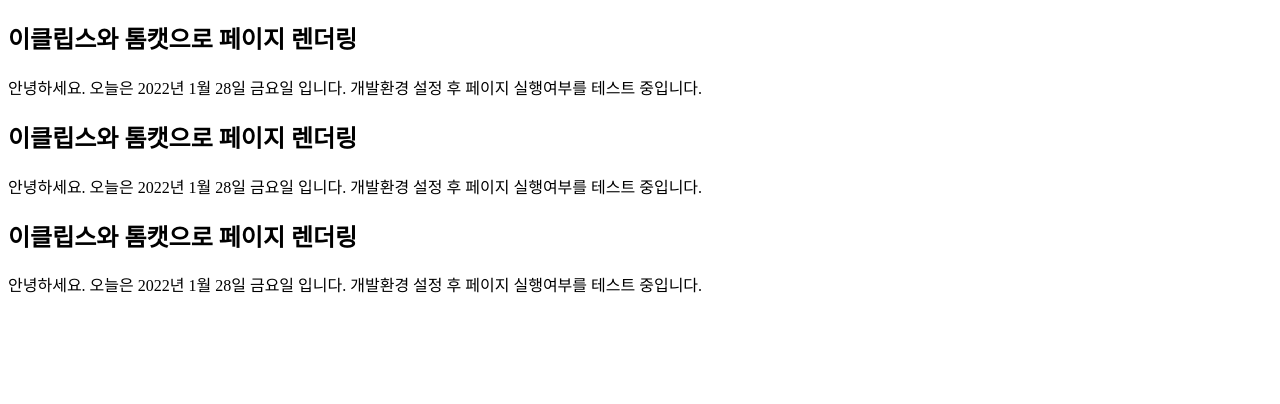
Repository: lee-ruru/jsp_practice
Page: http://localhost/JSPBasic/Hello.jsp
An editor plug-in stored every save of this project. The page is shown before and after the next save, followed by the edit.
The browser window is 1280 px wide. The pictures show the whole page.
The page is served by Tomcat 9.

Above is the page before, as saved 2022-01-28 02:06:30.

### JSPBasic/src/main/webapp/Hello.jsp
<%@ page language="java" contentType="text/html; charset=UTF-8"
    pageEncoding="UTF-8"%>
<!DOCTYPE html>
<html>
<head>
<meta charset="UTF-8">
<title>JSP 1일차 공부</title>
</head>
<body>

	<h2>이클립스와 톰캣으로 페이지 렌더링</h2>
	<p>
	안녕하세요. 오늘은 2022년 1월 28일 금요일 입니다.
	개발환경 설정 후 페이지 실행여부를 테스트 중입니다.
	</p>
	<h2>이클립스와 톰캣으로 페이지 렌더링</h2>
	<p>
	안녕하세요. 오늘은 2022년 1월 28일 금요일 입니다.
	개발환경 설정 후 페이지 실행여부를 테스트 중입니다.
	</p>
	<h2>이클립스와 톰캣으로 페이지 렌더링</h2>
	<p>
	안녕하세요. 오늘은 2022년 1월 28일 금요일 입니다.
	개발환경 설정 후 페이지 실행여부를 테스트 중입니다.
	</p>

</body>
</html>

After the next save:
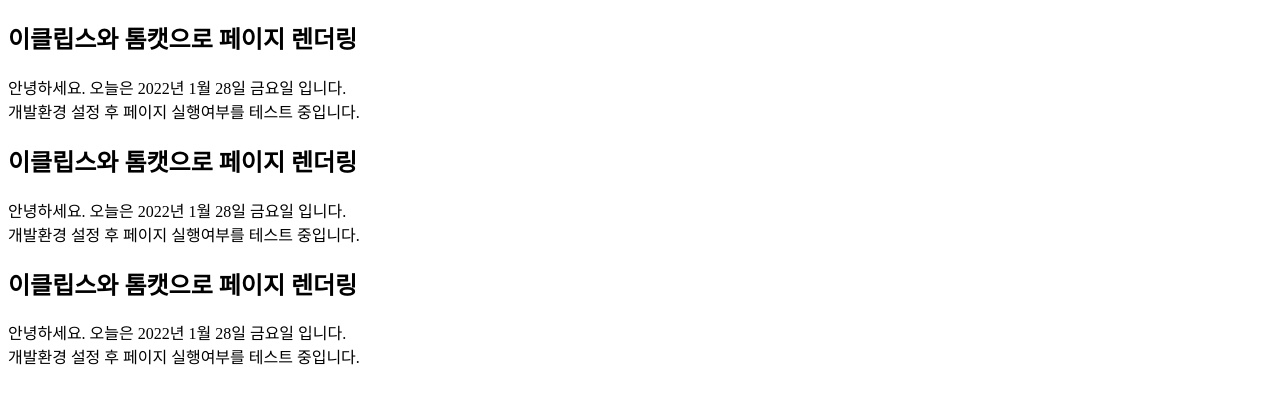
Saved 4 min 40 s later.
--- a/JSPBasic/src/main/webapp/Hello.jsp
+++ b/JSPBasic/src/main/webapp/Hello.jsp
@@ -3,26 +3,22 @@
 <!DOCTYPE html>
 <html>
 <head>
+<script>
+// 자바스크립트를 중간에 이렇게 삽입 했었음
+</script>
 <meta charset="UTF-8">
 <title>JSP 1일차 공부</title>
 </head>
 <body>
-
+	<!-- JSP에서는 스크립트릿이라는 태그를 이용해서
+	JS의 script태그 처럼 내부에 자바 구문을 작성할 수 있습니다. -->
+	<% for(int i = 0; i <3; i++){ %>
 	<h2>이클립스와 톰캣으로 페이지 렌더링</h2>
 	<p>
-	안녕하세요. 오늘은 2022년 1월 28일 금요일 입니다.
+	안녕하세요. 오늘은 2022년 1월 28일 금요일 입니다.</br>
 	개발환경 설정 후 페이지 실행여부를 테스트 중입니다.
 	</p>
-	<h2>이클립스와 톰캣으로 페이지 렌더링</h2>
-	<p>
-	안녕하세요. 오늘은 2022년 1월 28일 금요일 입니다.
-	개발환경 설정 후 페이지 실행여부를 테스트 중입니다.
-	</p>
-	<h2>이클립스와 톰캣으로 페이지 렌더링</h2>
-	<p>
-	안녕하세요. 오늘은 2022년 1월 28일 금요일 입니다.
-	개발환경 설정 후 페이지 실행여부를 테스트 중입니다.
-	</p>
+	<% } %>
 
 </body>
 </html>
